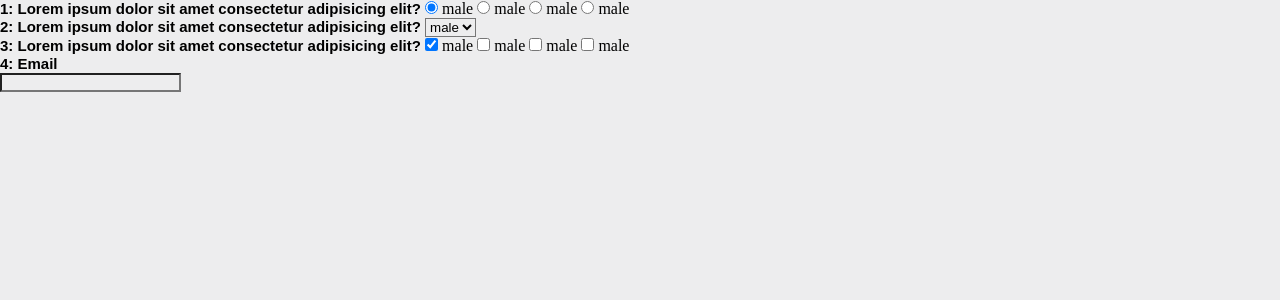
Repository: Grace229/Hasob-form
Page: index.html
An editor plug-in stored every save of this project. The page is shown before and after a run of saves, followed by the edit.
The browser window is 1280 px wide. The pictures show the whole page.

Above is the page before, as saved 2020-12-26 19:03:58.

### index.html
<!DOCTYPE html>
<html lang="en">
<head>
    <meta charset="UTF-8">
    <meta name="viewport" content="width=device-width, initial-scale=1.0">
    <title>Document</title>
    <link rel="stylesheet" href="style.css">
</head>
<body>
    <form>
        <!-- radio button -->
        <div>
            <label for="">1: Lorem ipsum dolor sit amet consectetur adipisicing elit? </label>
                <input type="radio" name="gender" value="male" class="input" checked> male
                <input type="radio" name="gender" value="male" class="input"> male
                <input type="radio" name="gender" value="male" class="input"> male
                <input type="radio" name="gender" value="male" class="input"> male
        </div>
        <!-- dropdown -->
        <div>
            <label for="">2: Lorem ipsum dolor sit amet consectetur adipisicing elit? </label>
               <select name="" id="">
                   <option value="male" class="input">
                    male
                   </option>
                   <option value="male" class="input">
                    male
                   </option>
                   <option value="male" class="input">
                    male
                   </option>
                   <option value="male" class="input">
                    male
                   </option>
               </select>
        </div>
        <!-- checkboxes -->
          <div>
            <label for="">3: Lorem ipsum dolor sit amet consectetur adipisicing elit? </label>
               <input type="checkbox" name="gender" value="male" class="input" checked> male
                <input type="checkbox" name="gender" value="male" class="input"> male
                <input type="checkbox" name="gender" value="male" class="input"> male
                <input type="checkbox" name="gender" value="male" class="input"> male
        </div>
        <!-- textbox -->
        <div>
            <label for=""> 4: Email</label> <br>
            <input type="email" name="email" id="">
        </div>
   </form>
</body>
</html>

### style.css
*{
    padding: 0;
    margin: 0;
    background-color: rgb(237, 237, 238);
}
label{
    font-size: 15px;
    font-weight: bold;
    font-family: sans-serif;
}
input{
    line-height: 3px;
}

After the next 2 saves:
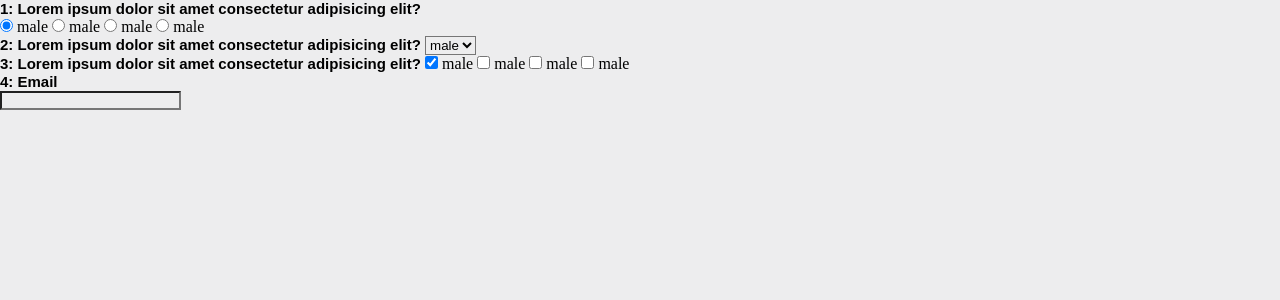
The 2 saves are shown as one change because they came seconds apart.
The last was saved 6 s later.
--- a/index.html
+++ b/index.html
@@ -10,7 +10,7 @@
     <form>
         <!-- radio button -->
         <div>
-            <label for="">1: Lorem ipsum dolor sit amet consectetur adipisicing elit? </label>
+            <label for="">1: Lorem ipsum dolor sit amet consectetur adipisicing elit? </label> <br>
                 <input type="radio" name="gender" value="male" class="input" checked> male
                 <input type="radio" name="gender" value="male" class="input"> male
                 <input type="radio" name="gender" value="male" class="input"> male
